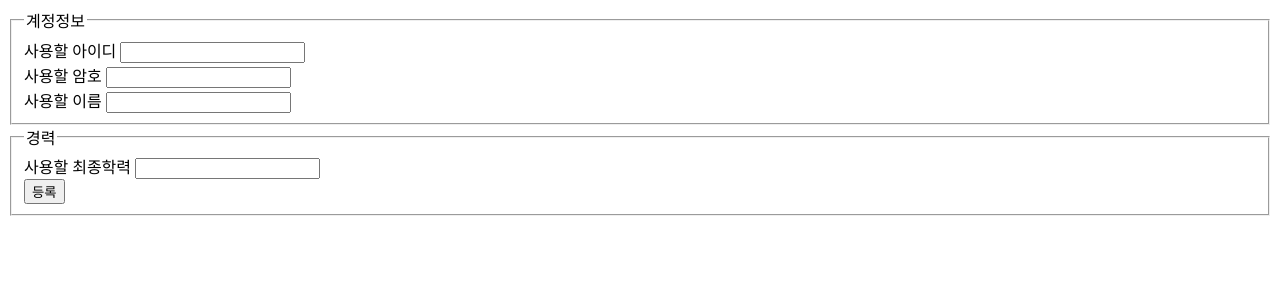
Repository: ybshim90/sesac1
Page: day_20211217_01_web/src/main/webapp/regist.html
These files come from the project's save history. The page is drawn as it stood at one moment and after the next save; the edit follows.
The browser window is 1280 px wide. The pictures show the whole page.

Above is the page before, as saved 2021-12-17 05:26:01.

After the next save:
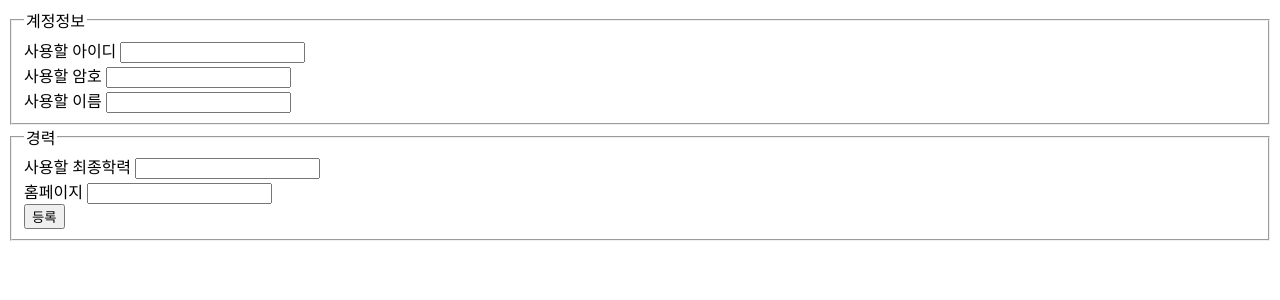
Saved 3 min 23 s later.
--- a/day_20211217_01_web/src/main/webapp/regist.html
+++ b/day_20211217_01_web/src/main/webapp/regist.html
@@ -22,9 +22,13 @@
 
 			<fieldset>
 				<legend>경력</legend>
-				사용할 최종학력
-				<input type="search" name="keyword"><br>
+				<label>사용할 최종학력
+					<input type="search" name="keyword"><br>
+				</label>
 
+				<label>홈페이지
+					<input type="url" name="homepage"><br>
+				</label>
 				<input type="submit" value="등록">
 			</fieldset>
 		</form>
